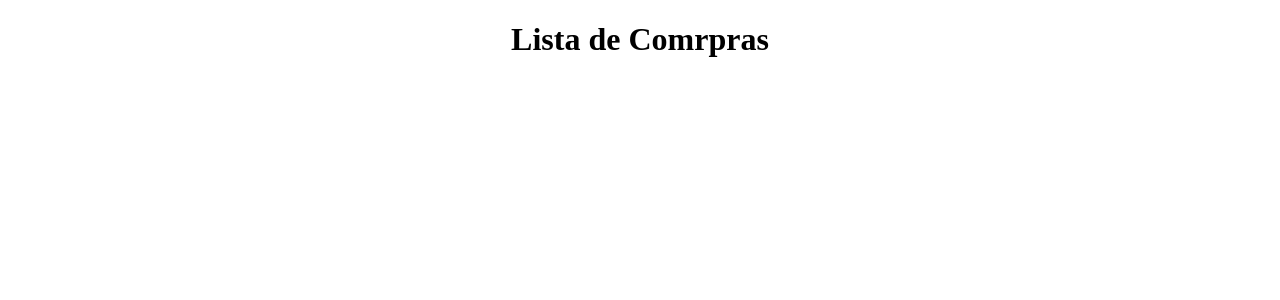
Repository: yoda4ever/playground
Page: http://localhost/CarrinhoDeCompras/Listar
An editor plug-in stored every save of this project. The page is shown before and after the next save, followed by the edit.
The browser window is 1280 px wide. The pictures show the whole page.
The page is served by Tomcat 9.

Above is the page before, as saved 2017-05-04 03:37:30.

After the next save:
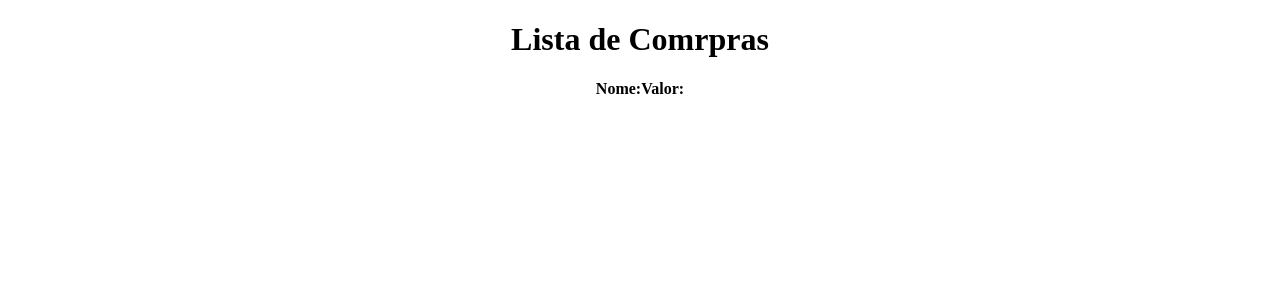
Saved 2 min 27 s later.
--- a/CarrinhoDeCompras/WebContent/produto.jsp
+++ b/CarrinhoDeCompras/WebContent/produto.jsp
@@ -17,6 +17,16 @@
 
 	<center><h1><strong>Lista de Comrpras</strong></h1></center>
 
+	<center>
+		<table>
+			<td>
+				<tr align="left"><strong>Nome:</strong></tr>
+				<tr align="left"><strong>Valor:</strong></tr>
+				<tr align="left"></tr>
+			</td>
+		</table>
+	</center>
+
 
 
 
